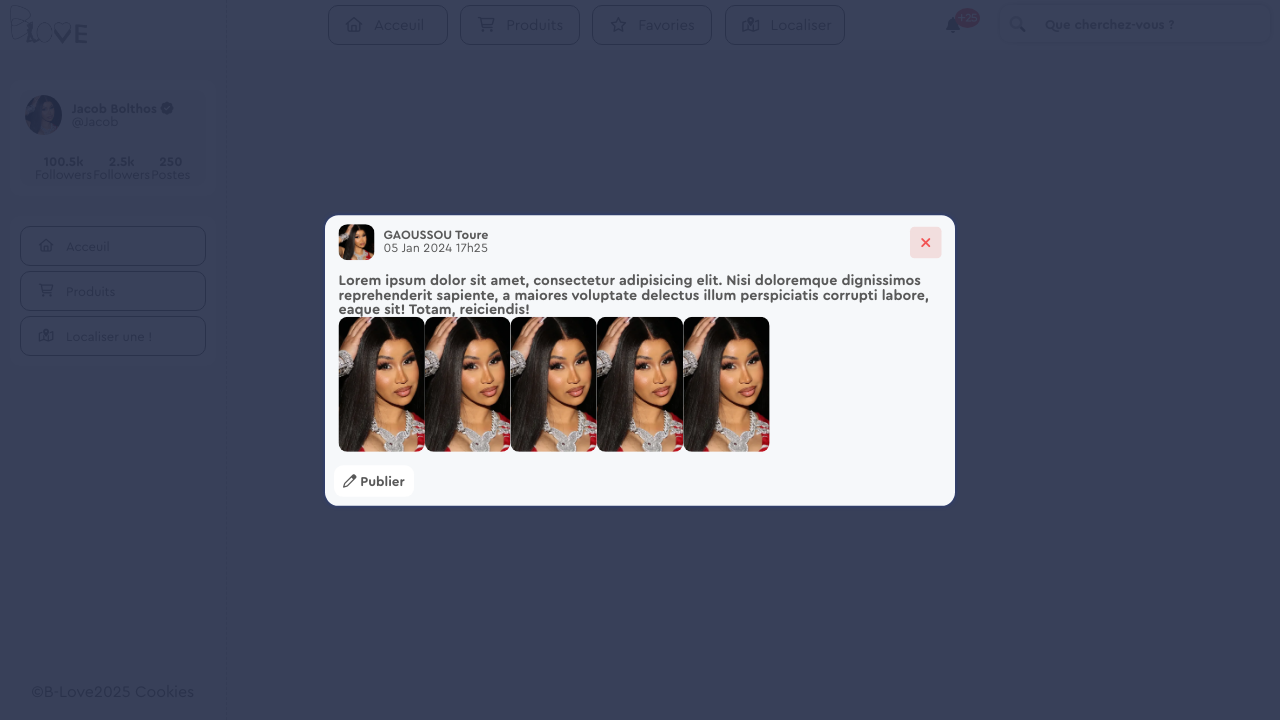
Repository: moomoony-log/b-love
Page: /home
An editor plug-in stored every save of this project. The page is shown before and after the next save, followed by the edit.
The browser window is 1280 px wide. The pictures show the whole page.
Pictures or frames that could not be fetched are drawn as grey boxes. The project was rebuilt for these pictures with package versions that can differ from the ones it lists, and the page was loaded fresh each time. Also part of the build but not shown: vite.config.ts, src/rules/legacy.tsx, src/rules/privacy.tsx, src/components/basic/notification.tsx, src/view/auth.tsx, src/view/main/acceuil.tsx, src/view/main/dashbord.tsx, src/view/main/info-account.tsx and 3 more.

Above is the page before, as saved 2025-10-15 09:13:21.

After the next save:
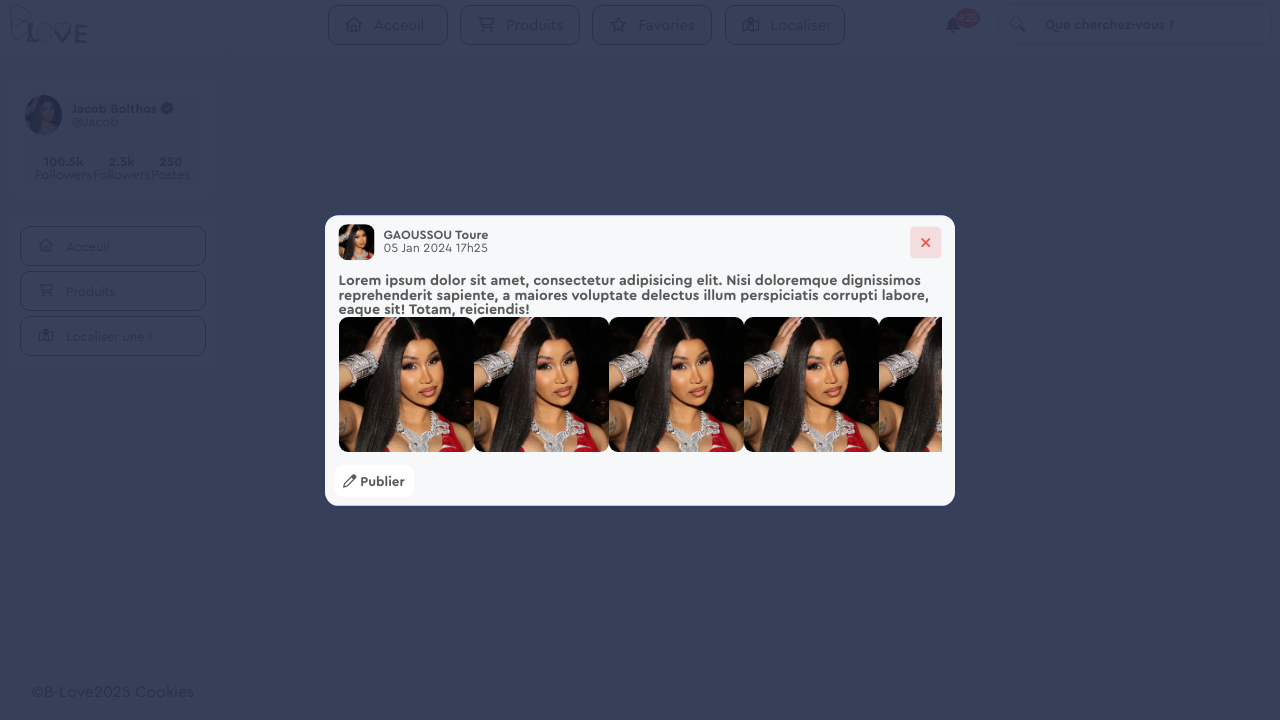
Saved 2 min 5 s later.
--- a/public/css/component/img.css
+++ b/public/css/component/img.css
@@ -53,7 +53,7 @@
 }
 .cont-account-img[data-name="pub-item-img"]{
     height: 150px;
-    width: 150px;
+    min-width: 150px;
     border-radius: 10px;
 }
 .cont-account-img[data-name="publication"]{
